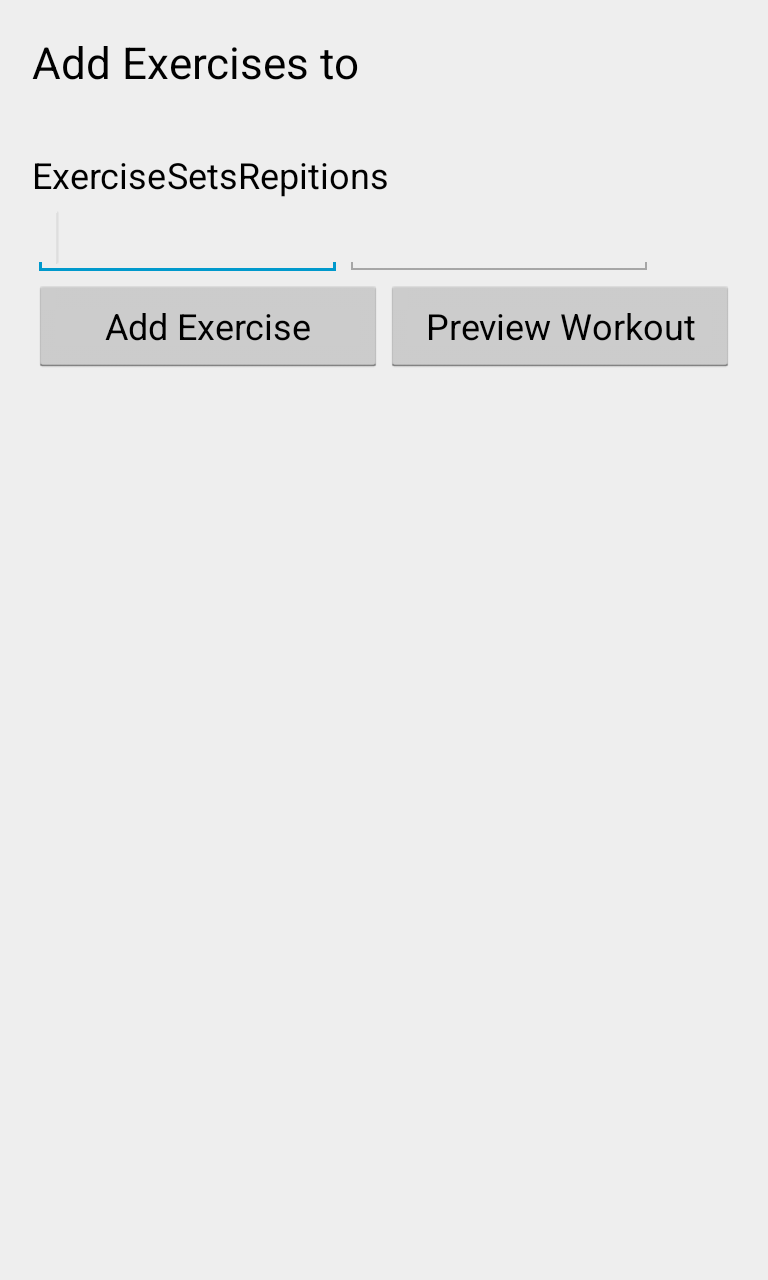
Repository: jmcdon09/EZWorkout
Layout: EzTrain/EzTrain/res/layout/activity_add_exercises.xml
The author's editor kept a copy of each file at every save. The layout is drawn from the files as they stood at one save, then again after the next save.
It is drawn on a 768 x 1280 px phone screen (xhdpi) without system bars, with theme AppTheme; the app's code is not run. Lists and similar views that code fills are empty.

Above is the layout before, as saved 2014-03-29 01:31:26.

### EzTrain/EzTrain/res/layout/activity_add_exercises.xml
<LinearLayout xmlns:android="http://schemas.android.com/apk/res/android"
    xmlns:tools="http://schemas.android.com/tools"
    android:id="@+id/LinearLayout1"
    android:layout_width="match_parent"
    android:layout_height="match_parent"
    android:background="@color/background"
    android:orientation="vertical"
    android:paddingBottom="@dimen/activity_vertical_margin"
    android:paddingLeft="@dimen/activity_horizontal_margin"
    android:paddingRight="@dimen/activity_horizontal_margin"
    android:paddingTop="@dimen/activity_vertical_margin"
    tools:context=".AddExercises" >

    <LinearLayout
        android:layout_width="match_parent"
        android:layout_height="wrap_content" >

        <TextView
            android:id="@+id/adding_exercises"
            android:layout_width="wrap_content"
            android:layout_height="wrap_content"
            android:text="@string/add_exercise_to_workout"
            android:textAppearance="?android:attr/textAppearanceLarge" />

        <TextView
            android:id="@+id/workout_name"
            android:layout_width="wrap_content"
            android:layout_height="wrap_content"
            android:textAppearance="?android:attr/textAppearanceLarge" />

    </LinearLayout>

    <TextView
        android:id="@+id/muscle_group"
        android:layout_width="wrap_content"
        android:layout_height="wrap_content"
        android:textAppearance="?android:attr/textAppearanceLarge" />

    <LinearLayout
        android:layout_width="match_parent"
        android:layout_height="wrap_content" >

        <TextView
            android:id="@+id/add_exercise_exercise"
            android:layout_width="wrap_content"
            android:layout_height="wrap_content"
            android:text="@string/exercise"
            android:textAppearance="?android:attr/textAppearanceMedium" />

        <TextView
            android:id="@+id/add_exercise_set"
            android:layout_width="wrap_content"
            android:layout_height="wrap_content"
            android:text="@string/sets"
            android:textAppearance="?android:attr/textAppearanceMedium" />

        <TextView
            android:id="@+id/add_exercise_rep"
            android:layout_width="wrap_content"
            android:layout_height="wrap_content"
            android:text="@string/reps"
            android:textAppearance="?android:attr/textAppearanceMedium" />

    </LinearLayout>

    <LinearLayout
        android:weightSum="100"
        android:layout_width="match_parent"
        android:layout_height="wrap_content" >

        <TextView
            android:layout_weight="40"
            android:id="@+id/add_exercise_name"
            android:layout_width="wrap_content"
            android:layout_height="wrap_content"
            android:textAppearance="?android:attr/textAppearanceMedium" />

        <EditText
            android:id="@+id/add_exercise_set_input"
            android:layout_width="wrap_content"
            android:layout_height="wrap_content"
            android:layout_weight="80"
            android:ems="10"
            android:inputType="number" >

            <requestFocus />
        </EditText>

        <EditText
            android:id="@+id/add_exercise_rep_input"
            android:layout_width="wrap_content"
            android:layout_height="wrap_content"
            android:layout_weight="80"
            android:ems="10"
            android:inputType="number" />

    </LinearLayout>

    <LinearLayout
        android:weightSum="100"
        android:layout_width="match_parent"
        android:layout_height="wrap_content" >

        <Button
            android:layout_weight="50"
            android:id="@+id/add_exercise"
            android:layout_width="fill_parent"
            android:layout_height="wrap_content"
            android:text="@string/add_exercise" />

        <Button
            android:layout_weight="50"
            android:id="@+id/preview_workout"
            android:layout_width="fill_parent"
            android:layout_height="wrap_content"
            android:text="@string/preview_workout" />

    </LinearLayout>

    <ListView
        android:id="@+id/exercise_list"
        android:layout_width="match_parent"
        android:layout_height="wrap_content" >
    </ListView>

</LinearLayout>

### EzTrain/EzTrain/res/values-v11/styles.xml
<?xml version="1.0" encoding="utf-8"?>
<resources>

    <!--
        Base application theme for API 11+. This theme completely replaces
        AppBaseTheme from res/values/styles.xml on API 11+ devices.
    -->
    <style name="AppBaseTheme" parent="android:Theme.Holo.Light">
        <!-- API 11 theme customizations can go here. -->
    </style>

    <style name="FullscreenTheme" parent="android:Theme.Holo">
        <item name="android:actionBarStyle">@style/FullscreenActionBarStyle</item>
        <item name="android:windowActionBarOverlay">true</item>
        <item name="android:windowBackground">@null</item>
        <item name="buttonBarStyle">?android:attr/buttonBarStyle</item>
        <item name="buttonBarButtonStyle">?android:attr/buttonBarButtonStyle</item>
    </style>

    <style name="FullscreenActionBarStyle" parent="android:Widget.Holo.Light.ActionBar">
        <item name="android:background">@color/action_bar_background</item>
        <item name="android:actionMenuTextColor">@color/black_overlay</item>
    </style>

</resources>

### EzTrain/EzTrain/res/values-v14/styles.xml
<resources>

    <!--
        Base application theme for API 14+. This theme completely replaces
        AppBaseTheme from BOTH res/values/styles.xml and
        res/values-v11/styles.xml on API 14+ devices.
    -->
    <style name="AppBaseTheme" parent="@android:style/Theme.Holo.Light.DarkActionBar">
        <!-- API 14 theme customizations can go here. -->
        <item name="android:actionBarStyle">@style/MyActionBar</item>


    </style>

    <style name="MyActionBar" parent="@android:style/Widget.Holo.Light.ActionBar">
        <item name="android:background">@color/action_bar_background</item>
        <item name="android:titleTextStyle">@style/MyActionBarTitle</item>
    </style>

	<style name="MyActionBarTitle" parent="@android:style/TextAppearance.Holo.Widget.ActionBar.Title">
	    <item name="android:textColor">@color/title</item>

	</style>



</resources>

### EzTrain/EzTrain/res/values/colors.xml
<resources>

    <color name="action_bar_background">#4db6af</color>
    <color name="black_overlay">#66000000</color>
    <color name="background">#eee</color>
    <color name="font">#444</color>
    <color name="accent">#ccc</color>
    <color name="title">#FFF</color>

</resources>

### EzTrain/EzTrain/res/values/strings.xml
<?xml version="1.0" encoding="utf-8"?>
<resources>

    <string name="app_name">EZWorkout</string>

    <string-array name="muscle_groups">
        <item>Arms</item>
        <item>Abdominals</item>
        <item>Chest</item>
        <item>Back</item>
        <item>Legs</item>
        <item>Shoulders</item>
    </string-array>

    <string-array name="my_workouts">
        <item>Biceps</item>
        <item>Major Chest Workout</item>
    </string-array>

    <string-array name="chest">
        <item>Benchpress</item>
        <item>Butterflys</item>
        <item>Push Ups</item>
        <item>Iron Cross</item>
        <item>Decline Dumbell Press</item>
        <item></item>
    </string-array>

    <string-array name="arms">
        <item>Bicep Curls</item>
        <item>Spider Curls</item>
        <item>Tricep Dips</item>
        <item>Skullcrushers</item>
        <item>French Press</item>
    </string-array>

    <string-array name="shoudlers">
        <item>Shoulder Abduction</item>
        <item>Military Press</item>
    </string-array>

    <string-array name="abdominals">
        <item>Crunches</item>
        <item>Russian Twists</item>
        <item>Sit-ups</item>
        <item>Toe Touches</item>
    </string-array>

    <string-array name="legs">
        <item>One Legged Squats</item>
        <item>Romanian Deadlifts</item>
        <item>Trap Bar Deadlifts</item>
        <item>Box Jumps</item>
    </string-array>

    <string-array name="back">
        <item>Standing Good Mornings</item>
        <item>Seated Good Mornings</item>
        <item>Reverse Hypers</item>
        <item>Chin Ups</item>
    </string-array>

    <string name="workout_now">Start Workout</string>
    <string name="progress">My Progress</string>
    <string name="design_work">Design Workout</string>
    <string name="title_activity_start_workout">Start Workout</string>
    <string name="title_activity_my_progress">My Progress</string>
    <string name="title_activity_design_workout">Design Workout</string>
    <string name="title_activity_add_exercises">Add Exercises</string>
    <string name="title_activity_create_exercise">Create Exercise</string>
    <string name="title_activity_preview_workout">Preview Workout</string>
    <string name="title_activity_my_workouts">My Workouts</string>
    <string name="title_activity_workout">Workout</string>
    <string name="title_activity_active_workout">Active Workout</string>
    <string name="workout_name">Workout Name</string>
    <string name="return_workout"></string>
    <string name="action_settings">Action Settings</string>
    <string name="add_exercise_to_workout">Add Exercises to </string>
    <string name="add_exercise">Add Exercise</string>
    <string name="begin_design">Start Design</string>
    <string name="create_exercise">Create Exercise</string>
    <string name="muscle_group">Muscle Group</string>
    <string name="workout_description">Workout Description</string>
    <string name="related_workouts">Related Workouts</string>
    <string name="my_workouts">My Workouts</string>
    <string name="exercises">Exercises</string>
    <string name="start_workout">Start Workout</string>
    <string name="browse_workouts">Browse Workouts</string>
    <string name="exercise_name">Exercise Name</string>
    <string name="set_number">Set #</string>
    <string name="reps">Repitions</string>
    <string name="rep_hint">Rep hint goes here</string>
    <string name="weight">Weight</string>
    <string name="table_exercise">Exercise</string>
    <string name="table_sets">Sets</string>
    <string name="table_reps">Repititions</string>
    <string name="action_home">Home</string>
    <string name="exercise1">Bench press </string>
    <string name="set1">4</string>
    <string name="rep1">8#821112</string>
    <string name="exercise_detail">Details here</string>
    <string name="title_activity_preview_exercise">Preview Exercise</string>
    <string name="hello_world">Hello world!</string>
    <string name="preview_workout">Preview Workout</string>
    <string name="title_activity_preview_design">Preview Design</string>
    <string name="exercise">Exercise</string>
    <string name="sets">Sets</string>

</resources>

Loaded but not shown: EzTrain/EzTrain/res/values/styles.xml (common file); EzTrain/EzTrain/res/values/dimens.xml (common file)

After the next save:
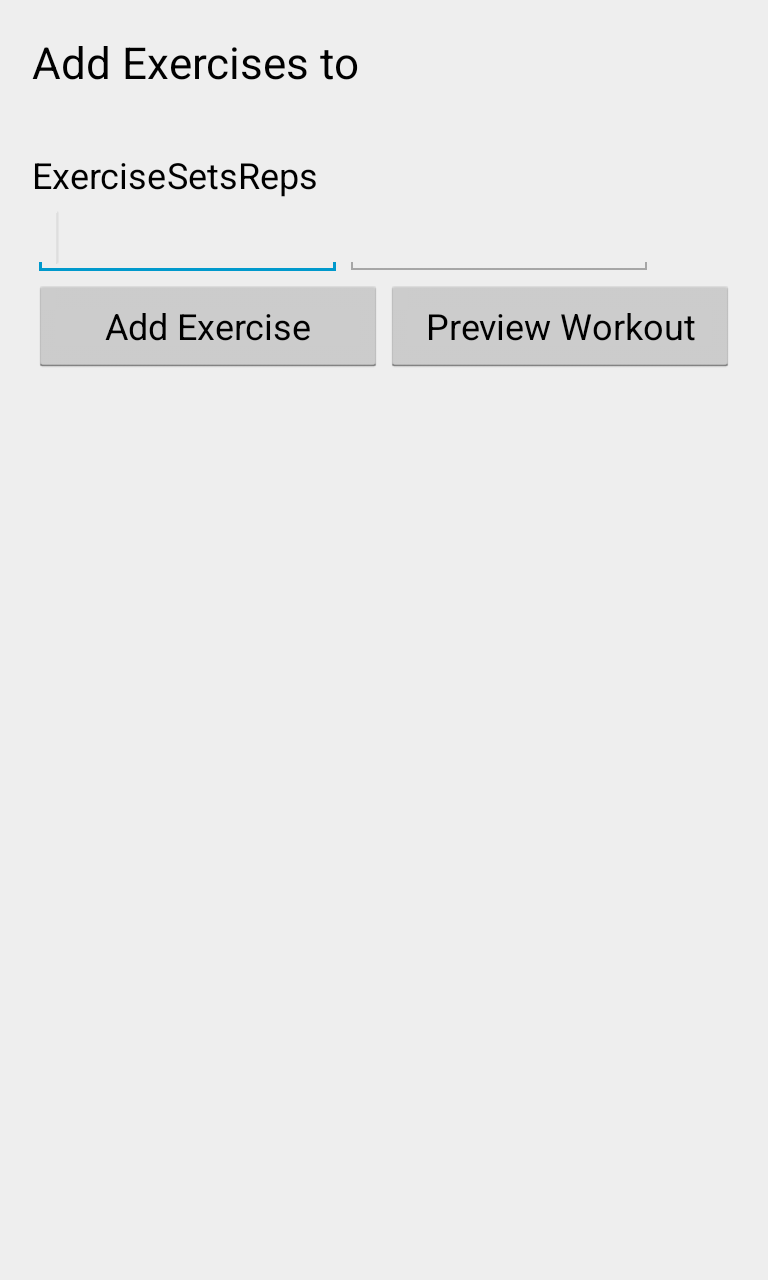
Saved 36 s later.
--- a/EzTrain/EzTrain/res/values/strings.xml
+++ b/EzTrain/EzTrain/res/values/strings.xml
@@ -87,13 +87,7 @@
     <string name="start_workout">Start Workout</string>
     <string name="browse_workouts">Browse Workouts</string>
     <string name="exercise_name">Exercise Name</string>
-    <string name="set_number">Set #</string>
-    <string name="reps">Repitions</string>
     <string name="rep_hint">Rep hint goes here</string>
-    <string name="weight">Weight</string>
-    <string name="table_exercise">Exercise</string>
-    <string name="table_sets">Sets</string>
-    <string name="table_reps">Repititions</string>
     <string name="action_home">Home</string>
     <string name="exercise1">Bench press </string>
     <string name="set1">4</string>
@@ -105,5 +99,9 @@
     <string name="title_activity_preview_design">Preview Design</string>
     <string name="exercise">Exercise</string>
     <string name="sets">Sets</string>
+    <string name="reps">Reps</string>
+    <string name="weight">Weight</string>
+
+
 
 </resources>
